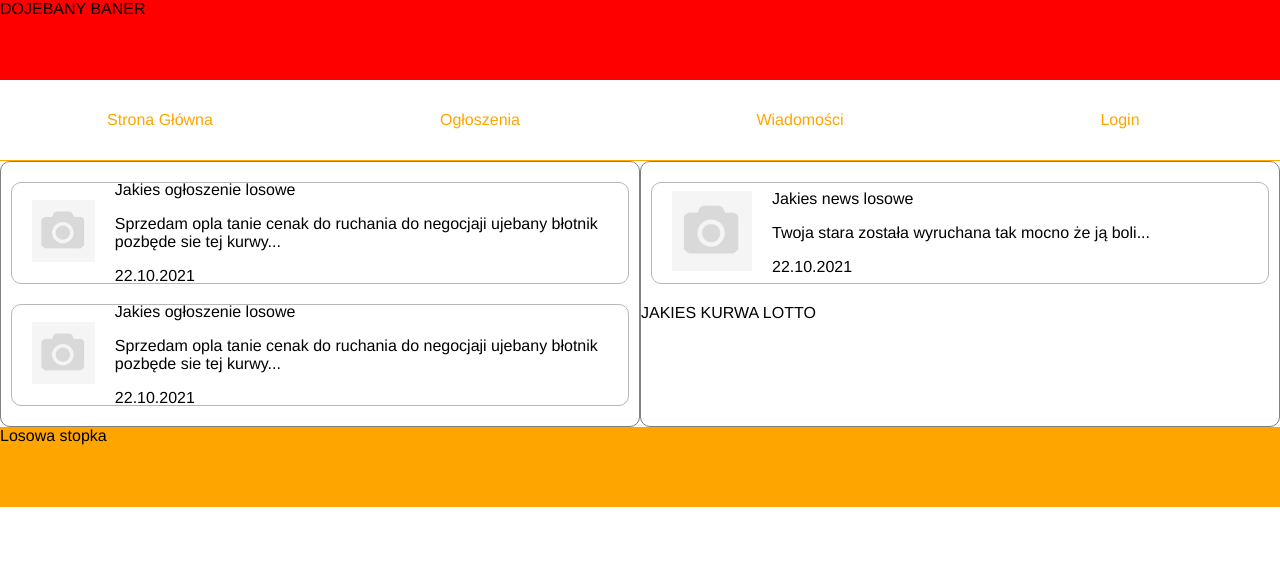
Repository: PatrykStawik/projectppz
Page: /
An editor plug-in stored every save of this project. The page is shown before and after the next save, followed by the edit.
The browser window is 1280 px wide. The pictures show the whole page.
The project was rebuilt for these pictures with package versions that can differ from the ones it lists, and the page was loaded fresh each time. The framework's server and built-in components were replaced by stand-ins that run in the browser.

Above is the page before, as saved 2021-05-22 14:04:28.

### pages/_app.tsx
import React from 'react';
import type { AppProps } from 'next/app';
import { GlobalStyle } from '../styles/globalStyles';
import { Header } from '../components/Header';
import { Footer } from '../components/Footer'

function MyApp({ Component, pageProps }: AppProps) {
  return (
    <>
      <GlobalStyle />
      <Header/>
        <Component {...pageProps} />
      <Footer/>
    </>
  );
}

// eslint-disable-next-line import/no-default-export
export default MyApp;

### pages/_document.tsx
import React from 'react';
import Document, { DocumentContext, DocumentInitialProps } from 'next/document';
import { ServerStyleSheet } from 'styled-components';

class MyDocument extends Document {
  static async getInitialProps(ctx: DocumentContext): Promise<DocumentInitialProps> {
    const sheet = new ServerStyleSheet();
    const originalRenderPage = ctx.renderPage;

    try {
      ctx.renderPage = () =>
        originalRenderPage({
          enhanceApp: App => props => sheet.collectStyles(<App {...props} />),
        });

      const initialProps = await Document.getInitialProps(ctx);
      return {
        ...initialProps,
        styles: (
          <>
            {initialProps.styles}
            {sheet.getStyleElement()}
          </>
        ),
      };
    } finally {
      sheet.seal();
    }
  }
}

// eslint-disable-next-line import/no-default-export
export default MyDocument;

### pages/index.tsx
import React from 'react';
import { IndexPage } from '../components/IndexPage';

const index = () => <IndexPage />;

// eslint-disable-next-line import/no-default-export
export default index;

### styles/globalStyles.ts
import { createGlobalStyle } from 'styled-components';

export const GlobalStyle = createGlobalStyle`
  body {
    margin: 0;
    padding: 0;
    font-family: Open-Sans, Helvetica, Sans-Serif;
  }
`;

### components/IndexPage/index.tsx
export { IndexPage } from './IndexPage';

### components/Header/Header.tsx
import React from 'react';
import styled from 'styled-components';
import { colors } from '../../styles/colors';
import { centerText, setFlex } from '../../styles/functions';
import { NextLink } from '../common/NextLink';

const Wrapper = styled.header`
  .baner {
    height: 80px;
    background-color: ${colors.red};
  }
  .menu {
    ${setFlex('column')}
    height: 80px;
    border-bottom: 1px solid ${colors.orange};
    .menuItem {
      flex: 1;
      height: 100%;
      ${centerText(80)};
      background-color: ${colors.white};
      color: ${colors.orange};
      cursor: pointer;
      transition: .5s all;
      &:hover{
        font-weight: bold;
      }
    }
  }
`;

const data = [
  { title: 'Strona Główna', href: '/' },
  { title: 'Ogłoszenia', href: '/ogloszenia' },
  { title: 'Wiadomości', href: '/wiadomosci' },
  { title: 'Login', href: '/login' },
];

export const Header = () => {
  return (
    <Wrapper>
      <div className="baner">DOJEBANY BANER</div>
      <div className="menu">
        {data.map(({ title, href }) => (
          <NextLink href={href} key={title}>
            <div className="menuItem">{title}</div>
          </NextLink>
        ))}
      </div>
    </Wrapper>
  );
};

### components/Footer/Footer.tsx
import React from 'react';
import styled from 'styled-components';
import { colors } from '../../styles/colors';

const Wrapper = styled.footer`
    height: 80px;
    background-color: ${colors.orange};
`;

export const Footer = () => {
  return (
    <Wrapper>
      Losowa stopka
    </Wrapper>
  );
};

### components/IndexPage/IndexPage.tsx
import React from 'react';
import styled from 'styled-components';
import { Bar } from '../common/Bar';
import { setFlex } from '../../styles/functions';

const Wrapper = styled.div`
  ${setFlex()};
  .advertisement{

  }
  .container{
    flex: 1;
    border: 1px solid gray;
    border-radius: 10px;
  }
`;

export const IndexPage = () => {
  return (
    <Wrapper>
      <div className="advertisement container">
        <Bar
          title="Jakies ogłoszenie losowe"
          content="Sprzedam opla tanie cenak do ruchania do negocjaji ujebany błotnik pozbęde sie tej kurwy"
          date="22.10.2021"
        />
        <Bar
          title="Jakies ogłoszenie losowe"
          content="Sprzedam opla tanie cenak do ruchania do negocjaji ujebany błotnik pozbęde sie tej kurwy"
          date="22.10.2021"
        />
      </div>
      <div className="container">
        <div className="news">
          <Bar
            title="Jakies news losowe"
            content="Twoja stara została wyruchana tak mocno że ją boli"
            date="22.10.2021"
          />
        </div>
        <div className="lotto">JAKIES KURWA LOTTO</div>
      </div>
    </Wrapper>
  );
};

### styles/colors.ts
export const colors = {
  white: "white",
  black: "black",
  red: "red",
  orange: "orange",
  gray: "#b8b7b7"
}

### styles/functions.ts
export const centerText = (height: number) => {
  return `text-align: center;
  line-height: ${height}px`
}

export const setFlex = (type: "row" | "column" = "row") => {
  return `display: flex; flex-direction: ${type}`
}

### components/common/NextLink/index.tsx
export { NextLink } from './NextLink';

### components/common/Bar/index.tsx
export { Bar } from './Bar';

### components/common/NextLink/NextLink.tsx
import React from 'react';
import Link from 'next/link';
import styled from 'styled-components';
import { colors } from '../../../styles/colors';

const StyledLink = styled.a`
  color: ${colors.black};
  text-decoration: none;
  width: 100%;
`;

interface Props {
  href: string;
}

export const NextLink: React.FC<Props> = ({ children, href }) => {
  return (
    <Link href={href}>
      <StyledLink>{children}</StyledLink>
    </Link>
  );
};

### components/common/Bar/Bar.tsx
import React from 'react';
import Image from 'next/image';
import styled from 'styled-components';
import { setFlex } from '../../../styles/functions';
import { colors } from '../../../styles/colors';

interface Props {
  title: string;
  content: string;
  date: string;
}

const Wrapper = styled.div`
  height: 100px;
  border: 1px solid ${colors.gray};
  border-radius: 10px;
  margin: 20px 10px;
  ${setFlex()};
  align-items: center;
  .img{
    margin-left: 20px;
  }
  .body{
    margin-left: 20px;
  }
`;

const picture = { src: '/default.jpg', alt: 'picture', width: 80, height: 80 };

export const Bar = ({ title, content, date }: Props) => {
  return (
    <Wrapper>
      <div className="img"><Image {...picture} /></div>
      <div className="body">
        <p>{title}</p>
        <p>{content.slice(0, 100)}...</p>
        <p>{date}</p>
      </div>
    </Wrapper>
  );
};

Loaded but not shown: components/Header/index.tsx (common file); components/Footer/index.tsx (common file)

After the next save:
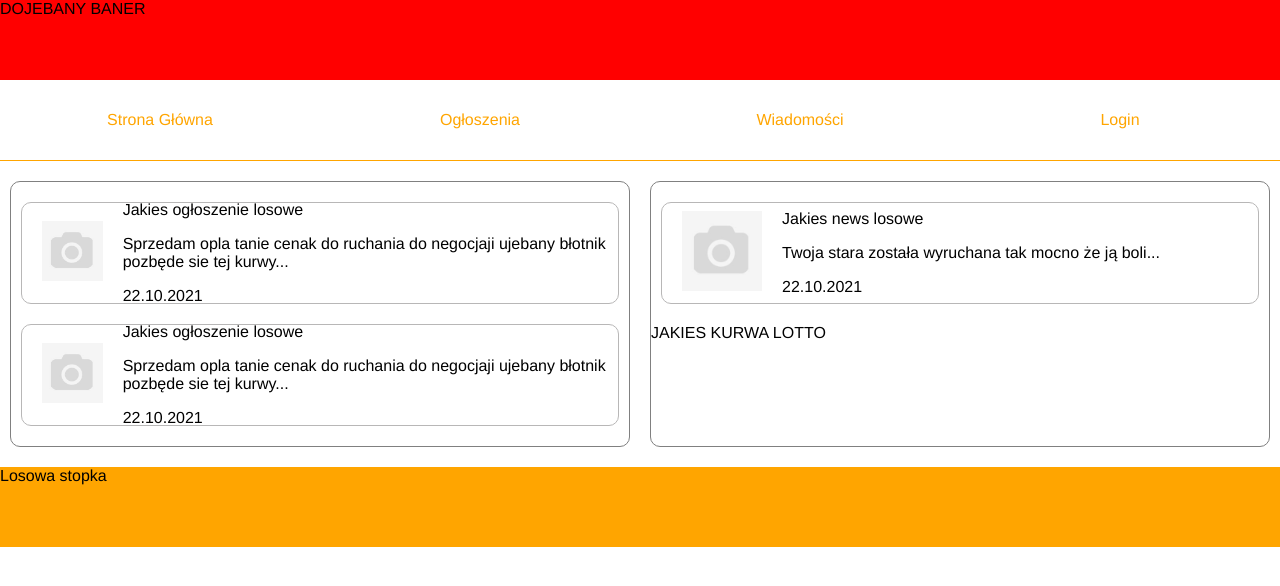
Saved 9 s later.
--- a/components/IndexPage/IndexPage.tsx
+++ b/components/IndexPage/IndexPage.tsx
@@ -12,6 +12,7 @@ const Wrapper = styled.div`
     flex: 1;
     border: 1px solid gray;
     border-radius: 10px;
+    margin: 20px 10px;
   }
 `;
 
